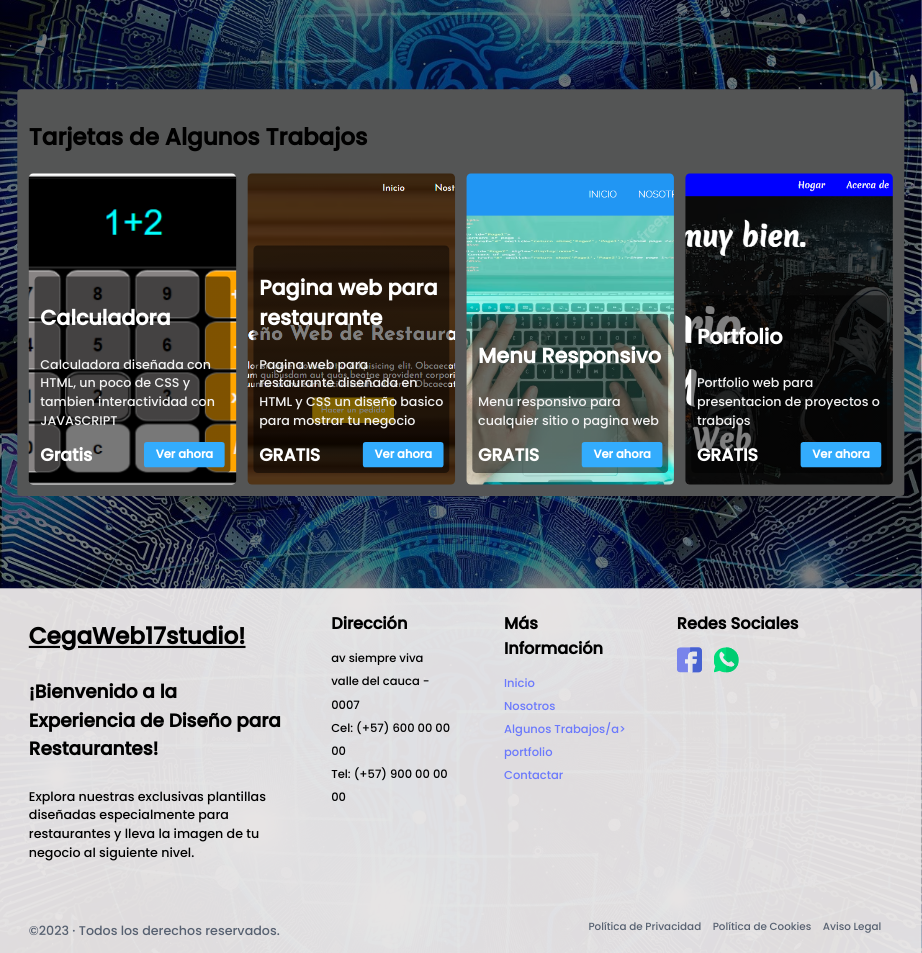
Repository: cega17/pagina-CegaWeb
Page: index.html
The author's editor kept a copy of each file at every save. The page is drawn from the files as they stood at one save, then again after the next save.
The browser window is 1280 px wide. The pictures show the part of the page from y = 1957 to 3729 px (the page is 3281 px tall before and 3729 px after), at 72% of full size.
A picture or video elsewhere on the page could not be fetched, so the positions and the page height are approximate. Some web fonts or font styles are not loaded; a fallback is used.

Above is the page before, as saved 2023-10-06 21:16:43.

### index.html
<!DOCTYPE html>
<html lang="en">
  <head>
    <meta charset="UTF-8" />
    <meta http-equiv="X-UA-Compatible" content="IE=edge" />
    <meta name="viewport" content="width=device-width, initial-scale=1.0" />
    <link rel="stylesheet" href="css/style.css" />
    <link rel="preconnect" href="https://fonts.googleapis.com" />
    <link rel="preconnect" href="https://fonts.gstatic.com" crossorigin />
    <link
      href="https://fonts.googleapis.com/css2?family=Montaga&family=Poppins:ital,wght@0,500;1,500&family=Roboto+Serif:opsz,wght@8..144,200&family=Roboto:ital,wght@1,300&display=swap"
      rel="stylesheet"
    />

    <title>Mi pagina web!</title>
  </head>
  <body>
    <div class="progress-bar">
      <div id="progress" class="progress"></div>
    </div>

    <header class="main-header">
        <div class="header-wrap">
          <div class="wrap-logo-header">
            <a href="form.html" class="logo-header" >
              <span>Desarrollo</span><span>Web</span>
            </a>
          </div>
          <div class="wrap-nav-header">
            <nav class="nav-header">
              <input type="checkbox" id="check" />
              <label for="check" class="checkbtn">
                <i class="toggle-menu">
                  <img
                    src="data:[embedded picture, 1242 characters]"
                  />
                </i>
              </label>
              <ul class="main-menu">
                <li class="menu-item"><a href="#inicio">Inicio</a></li>
                <li class="menu-item"><a href="#MiFooter">Nosotros</a></li>
                <li class="menu-item"><a href="indexPortf.html"  onclick="alert('Estas a punto de entrar a el portfolio de john')" target="_blank">potfolio</a></li>
                <li class="menu-item"><a href="#trabajos">Algunos trabajos</a></li>
                <li class="menu-item"><a href="/">Blog</a></li>
                <li class="menu-item">
                  <a id="nav-main-contact" href="form.html" target="_blank">Contacto</a>
                </li>
              </ul>
            </nav>
          </div>
        </div>
      </header>

    <main lass="main-section">

         <!-- Hero Section-->

      <section class="hero-home-page" id="inicio">
        <div class="wrap-hero-home-page">
          <h1 id="titulo">Bien venidos a mi pagina web!</h1>
          <p>
            Esta es mi pagina web, una pagina de construccion
            de paginas , desarrollo y mantenimiento de estas. <br />
            soy autodidacta y muy apacionado por la programacion de paginas web
            y dispositivos moviles.
          </p>

          <p>Tengo conocimiento en HTML, CSS y JavaScript</p>

          <button id="boton" class="cta-main" style="color: black;" onclick='document.getElementById("titulo").innerHTML = nombre +" " + apellido;'> javaScript</button>

          <a href="calculator.html" class="cta-main" style="color: black; " >Mas aqui</a>
        </div>
      </section>

       <!-- Aquí van a ir todas las secciones -->

      <!-- Poner todo el código a partir de aquí -->

      <!-- Galería de imágenes -->
   <section class="section">
    <div class="wrap-title-section">
      <h2 style="color:rgb(7, 186, 241)">Galería de imágenes</h2>
    </div>
    <div class="column-4 galeria-platos">
      <div class="imagen-galeria">
        <img src="imgs/fondo_escritorio.jpg" alt="">
      </div>
      <div class="imagen-galeria">
        <img src="imgs/imag1.jpg" alt="">
      </div>
      <div class="imagen-galeria">
        <img src="imgs/imagen_fondo.jpg" alt="">
      </div>
      <div class="imagen-galeria">
        <img src="imgs/img2.webp" alt="">
      </div>
      <div class="imagen-galeria">
        <img src="imgs/img3.jpg" alt="">
      </div>
      <div class="imagen-galeria">
        <img src="imgs/images2.jpeg" alt="">
      </div>
      <div class="imagen-galeria">
        <img src="imgs/img4.webp" alt="">
      </div>
      <div class="imagen-galeria">
        <img src="imgs/img5.webp" alt="">
      </div>
      <div class="imagen-galeria">
        <img src="imgs/img6.jpg" alt="">
      </div>
      <div class="imagen-galeria">
        <img src="imgs/img7.webp" alt="">
      </div>
      <div class="imagen-galeria">
        <img src="imgs/img8.jpg" alt="">
      </div>
      <div class="imagen-galeria">
        <img src="imgs/img8.webp" alt="">
      </div>

    </div>
  </section>

      <!-- Tarjetas de comida -->



      <section class="wrap section" id="trabajos">
        <div class="wrap-title-section">
          <h2>Tarjetas de Algunos Trabajos</h2>
        </div>
        <div class="column-4 columns">
          <div style="background:url(imgs/captura_calcul.png)center;background-size: cover;" class="tarjeta-rest">
            <div class="wrap-text_tarjeta-rest">
              <h3>Calculadora</h3>
              <p>Calculadora diseñada con HTML, un poco de CSS y tambien interactividad con JAVASCRIPT</p>
              <div class="cta-wrap_tarjeta-rest">
                <div class="precio_tarjeta-rest">
                  <span>Gratis</span>
                </div>
                <div class="cta_tarjeta-rest">
                  <a href="calculator.html">Ver ahora</a>
                </div>
              </div>
            </div>
          </div>
          <div style="background:url(imgs/captura_pagina_restaurante.png)center;background-size: cover;" class="tarjeta-rest">
            <div class="wrap-text_tarjeta-rest">
              <h3>Pagina web para restaurante</h3>
              <p>Pagina web para restaurante diseñada en HTML y CSS un diseño basico para mostrar tu negocio </p>
              <div class="cta-wrap_tarjeta-rest">
                <div class="precio_tarjeta-rest">
                  <span>GRATIS</span>
                </div>
                <div class="cta_tarjeta-rest">
                  <a href="pagina1.html">Ver ahora</a>
                </div>
              </div>
            </div>
          </div>
          <div style="background:url(imgs/captura_menu_responsive.png)center;background-size: cover;" class="tarjeta-rest">
            <div class="wrap-text_tarjeta-rest">
              <h3>Menu Responsivo</h3>
              <p>Menu responsivo para cualquier sitio o pagina web</p>
              <div class="cta-wrap_tarjeta-rest">
                <div class="precio_tarjeta-rest">
                  <span>GRATIS</span>
                </div>
                <div class="cta_tarjeta-rest">
                  <a href="menu.html">Ver ahora</a>
                </div>
              </div>
            </div>
          </div>
          <div style="background:url(imgs/captura-portfolio.png)center;background-size: cover;" class="tarjeta-rest">
            <div class="wrap-text_tarjeta-rest">
              <h3>Portfolio</h3>
              <p>Portfolio web para presentacion de proyectos o trabajos</p>
              <div class="cta-wrap_tarjeta-rest">
                <div class="precio_tarjeta-rest">
                  <span>GRATIS</span>
                </div>
                <div class="cta_tarjeta-rest">
                  <a href="indexPortf.html">Ver ahora</a>
                </div>
              </div>
            </div>
          </div>
        </div>
      </section>
    </main>


    <!-- FOOTER - SECTION -->

    <footer class="footer" id="MiFooter">
      <div class="wrap-footer">
        <div class="text-element-footer element-footer">
          <h2 class="main-c" style="text-decoration: underline;">CegaWeb17studio!</h2>
          <h4>¡Bienvenido a la Experiencia de Diseño para Restaurantes!</h4>
                <p>Explora nuestras exclusivas plantillas diseñadas especialmente para restaurantes y lleva la imagen de tu negocio al siguiente nivel.</p>

        </div>
        <div class="text-element-footer element-footer">
          <h5>Dirección</h5>
          <ul>
            <li>av siempre viva</li>
            <li>valle del cauca - 0007</li>
            <li>Cel: (+57) 600 00 00 00</li>
            <li>Tel: (+57) 900 00 00 00</li>
          </ul>
        </div>
        <div class="text-element-footer link-elements-footer element-footer">
          <h5>Más Información</h5>
          <ul>
            <li><a href="#inicio">Inicio</a></li>
            <li><a href="#MiFooter">Nosotros</a></li>
            <li><a href="#trabajos">Algunos Trabajos/a></li>
            <li><a href="indexPortf.html">portfolio</a></li>
            <li><a href="form.html">Contactar</a></li>
          </ul>
        </div>
        <div class="rrss-element-footer element-footer">
          <h5>Redes Sociales</h5>
          <ul>
            <li>
              <a
                href="https://facebook.com"
                target="_blank"
                rel="nofollow noopener noreferer"
                ><img
                  src="data:[embedded picture, 926 characters]"
                  alt="icono redes sociales"
              /></a>
            </li>

            <li>
              <a href="https://wa.me/600112233"
                ><img
                  src="data:[embedded picture, 2062 characters]"
                  alt="icono redes sociales"
              /></a>
            </li>
          </ul>
        </div>
      </div>
      <div class="footer-creds">
        <div class="copy-creds">
          <p>©2023 · Todos los derechos reservados.</p>
        </div>
        <div class="legal-creds">
          <ul>
            <li><a href="/politica-privacidad">Política de Privacidad</a></li>
            <li><a href="/politica-cookies">Política de Cookies</a></li>
            <li><a href="/aviso-legal">Aviso Legal</a></li>
          </ul>
        </div>
      </div>
    </footer>
    <script src="js/progress-bar.js">
        function cambiar(){


            document.getElementById("titulo").innerHTML = "Esto es una funcion de javaScript";

    }
    document.getElementById("boton").onclick = function (){
        cambiar();
    }



    </script>
  </body>
</html>

### css/style.css
@import url("https://fonts.googleapis.com/css2?family=Montaga&family=Poppins:ital,wght@0,500;1,500&family=Roboto+Serif:opsz,wght@8..144,200&family=Roboto:ital,wght@1,300&display=swap");
:root {
  --main-c: #79f6fa;
  --black-c: #000;
}
/** Estilos Generales **/

html {
  font-family: "poppins";
  scroll-behavior: smooth;
}
body {
  background: linear-gradient(to bottom, rgb(0 0 0 / 0.55), rgb(0 0 0 / 0.5)),
    url(../imgs/artificial-intelligence-3382507_1280.jpg);

  margin: 0;
  padding: 0;
}
.progress-bar{
  display: fixed;
  position: fixed;
  width: 100%;
  height: 10%;
}
.progress{
  width: 100%;
  height: 100%;
  background-color:red;

}
a {
  text-decoration: none;
  color: black;
}
a:hover {
  color: #a0fa29;
}
li {
  list-style: none;
  color: #000;
}
p {
  font-size: 1.1rem;
}
h1 {
  font-size: 2.4rem;
}
h2 {
  font-size: 2rem;
}
h3 {
  font-size: 1.8rem;
}
h4 {
  font-size: 1.6rem;
}
h5 {
  font-size: 1.4rem;
}
h6 {
  font-size: 1.2rem;
}



/* Enlaces & Botones*/

.cta-main {
  background-color: var(--main-c);
  padding: 1rem 1rem;
  color: #fff;
  font-size: bold;
  border-radius: 2px;
  border: none;

}
.cta-main:hover {
  background-color: rgb(86, 114, 241);
  padding: 1rem 1rem;
  color: #fff;
  font-size: bold;
  border-radius: 2px;
  border: none;
}
/* Menu Header Restaurante */

header.main-header {
  position: fixed;
  top: 0;
  width: 100%;
  z-index: 9999;
}

.header-wrap {
  display: flex;
  justify-content: space-between;
  padding: 1rem;
  background-color: #79f6fa;
  z-index: 999;

}

.wrap-logo-header {
  display: flex;
  align-items: center;
  flex-basis: 15%;
}

.logo-header {
  font-weight: bold;
  font-size: 1.2rem;
  color: #222;
}

.nav-header {
  display: flex;
  align-items: center;
  width: 100%;
}

.nav-wrap-header {
  display: flex;
  flex-basis: 50%;
}

ul.main-menu {
  display: flex;
  width: 100%;
  z-index: 99;
  margin: 0;
  padding: 0;
  justify-content: space-between;
  align-items: center;
  font-size: 1.1rem;
}

ul.main-menu #nav-main-contact {
  display: flex;
  align-items: center;
  padding: 0.5rem 1rem;
  background-color: #6b79fc;
  color: #fff;
}

li.menu-item {
  margin: 0.75rem;
  display: flex;
}

li.menu-item a {
  padding: 0.5rem 1rem;
  color: #222;
}

li.menu-item a:hover {
  color: #33acfd;
}

i.toggle-menu img {
  width: 27px;
  z-index: 99;
}
i.toggle-menu {
  display: none;
  background-color: #fff;
  border: none;
  z-index: 9999;
}

input#check {
  display: none;
}

@media (min-width: 880px) {
  .header-wrap {
    padding: 0.5rem 5rem;
  }
}

@media (max-width: 768px) {
  a.logo-header {
    color: #02c0fa;
  }
}
@media (max-width: 768px) {
  header.main-header {
    margin-bottom: 4rem;
  }
  .header-wrap {
    position: fixed;
    width: 100%;
    background-color: #fff;
    padding: 0;
    top: 0;
    z-index: 9999;
    height: 60px;
  }
  .wrap-logo-header {
    position: fixed;
    z-index: 999;
    top: 3%;
    left: 3%;
  }
  .logo-header,
  li.menu-item a {
    color: #222;
  }
  i.toggle-menu {
    display: flex;
    cursor: pointer;
  }
  ul.main-menu,
  #nav-main-contact {
    display: none;
    left: 0;
    margin: 0;
    padding: 0;
  }
  ul.main-menu {
    position: fixed;
    background-color: #fff;
  }
  label.checkbtn {
    position: fixed;
    right: 3%;
    top: 3%;
    z-index: 9999;
  }
  #check:checked ~ ul {
    display: flex;
    z-index: 9;
    flex-flow: column;
    align-items: center;
    justify-content: center;
    height: 100vh;
    top: 0;
    font-size: 2rem;
  }
}

/* Hero Section HomePage */

.wrap-header-hero {
  background: cover;
  background-repeat: no-repeat;
  background-position: center;
}
.hero-home-page {
  background: linear-gradient(to bottom, rgb(0 0 0 / 0.55), rgb(0 0 0 / 0.5)),
    url(../imgs/artificial-intelligence-3382507_1280.jpg);
  height: 90vh;
  display: flex;
  align-items: center;
  justify-content: center;
}
.wrap-hero-home-page {
  color: #f5e8e8;
  text-align: center;
  width: 50%;
}
.wrap-hero-home-page p {
  margin-bottom: 2rem;
}
@media (max-width: 768px) {
  .wrap-hero-home-page {
    width: 100%;
    padding: 1rem;
  }
}
/* Gerlía de Imágenes */

.imagen-galeria,
.imagen-galeria img {
  max-width: 275px;
  border-radius: 4px;
}

@media (max-width: 880px) {
  .galeria-platos {
    display: flex;
    flex-flow: wrap;
    justify-content: center;
  }
}

/* Tarjetas de Comida */
.section {
  background: rgb(84, 85, 85);
  max-width: 1200px;
  margin: 8rem auto;
  padding: 1rem;
  border-radius: 5px;
}

.column-4 {
  display: grid;
  grid-template-columns: repeat(4, 1fr);
  column-gap: 1rem;
  row-gap: 1rem;
}

.tarjeta-rest {
  background-repeat: no-repeat;
  height: 400px;
  border-radius: 6px;
  padding: 1rem 0.5rem;
  display: flex;
  align-items: end;
}
.wrap-text_tarjeta-rest {
  color: #fff;
  padding: 0.5rem;
  border-radius: 6px;
  background: linear-gradient(to top, rgb(0 0 0 / 0.5), rgb(0 0 0 / 0.5));
}

.wrap-text_tarjeta-rest p {
  color: #f2f2f2;
}
.cta-wrap_tarjeta-rest {
  display: flex;
  justify-content: space-between;
}

.precio_tarjeta-rest span {
  font-size: 1.5rem;
  font-weight: bold;
}

.cta_tarjeta-rest {
  background-color: #33acfd;
  padding: 0.25rem 1rem;
  border-radius: 4px;
}
.cta_tarjeta-rest a {
  color: #fff;
  font-weight: bold;
  text-decoration: none;
}

@media (max-width: 1200px) {
  .column-4 {
    grid-template-columns: repeat(3, 1fr);
  }
}

@media (max-width: 880px) {
  .column-4 {
    grid-template-columns: repeat(2, 1fr);
  }
}

@media (max-width: 640px) {
  .column-4 {
    grid-template-columns: repeat(1, 1fr);
  }
}

/************************

Footer

************************/

footer {
  background-color: #eeebebef;
  color: var(--second-c);
}
footer ul {
  padding: 0;
}
footer li {
  list-style: none;
}
.wrap-footer {
  display: grid;
  grid-template-columns: 30% 15% 15% 20%;
  column-gap: 5%;
  padding: 1rem;
  margin: 2rem auto;
  max-width: 1200px;
}
.logo-element_footer {
  display: flex;
  margin: 2rem 0;
}
.logo-element_footer img {
  max-height: 75px;
}
.element-footer h5 {
  margin: 1rem 0;
}
.text-element-footer li {
  line-height: 2;
}
.link-elements-footer li a {
  color: #6b79fc;
}
.link-elements-footer li a:hover {
  color: #a0fa29;
}
.rrss-element-footer ul {
  display: flex;
  flex-flow: wrap;
}
.rrss-element-footer img {
  width: 35px;
}
.rrss-element-footer li {
  margin-right: 1rem;
}
.footer-creds {
  display: flex;
  justify-content: space-between;
  padding: 0 1rem;
  color: #576171;
  font-size: 0.9rem;
  max-width: 1200px;
  margin: 0 auto;
}
.legal-creds ul {
  display: flex;
  flex-flow: row;
}
.legal-creds ul li {
  padding-right: 1rem;
}
.legal-creds ul a {
  color: #576171;
  font-size: 0.9rem;
}
@media (max-width: 768px) {
  .wrap-footer {
    grid-template-columns: repeat(2, 1fr);
  }
}

@media (max-width: 480px) {
  .wrap-footer {
    grid-template-columns: repeat(1, 1fr);
  }
}

@media (max-width: 320px) {
  .footer-creds {
    flex-flow: column;
  }
}

Loaded but not shown: js/progress-bar.js (no stored copy; drawn as an empty file)

After the next save:
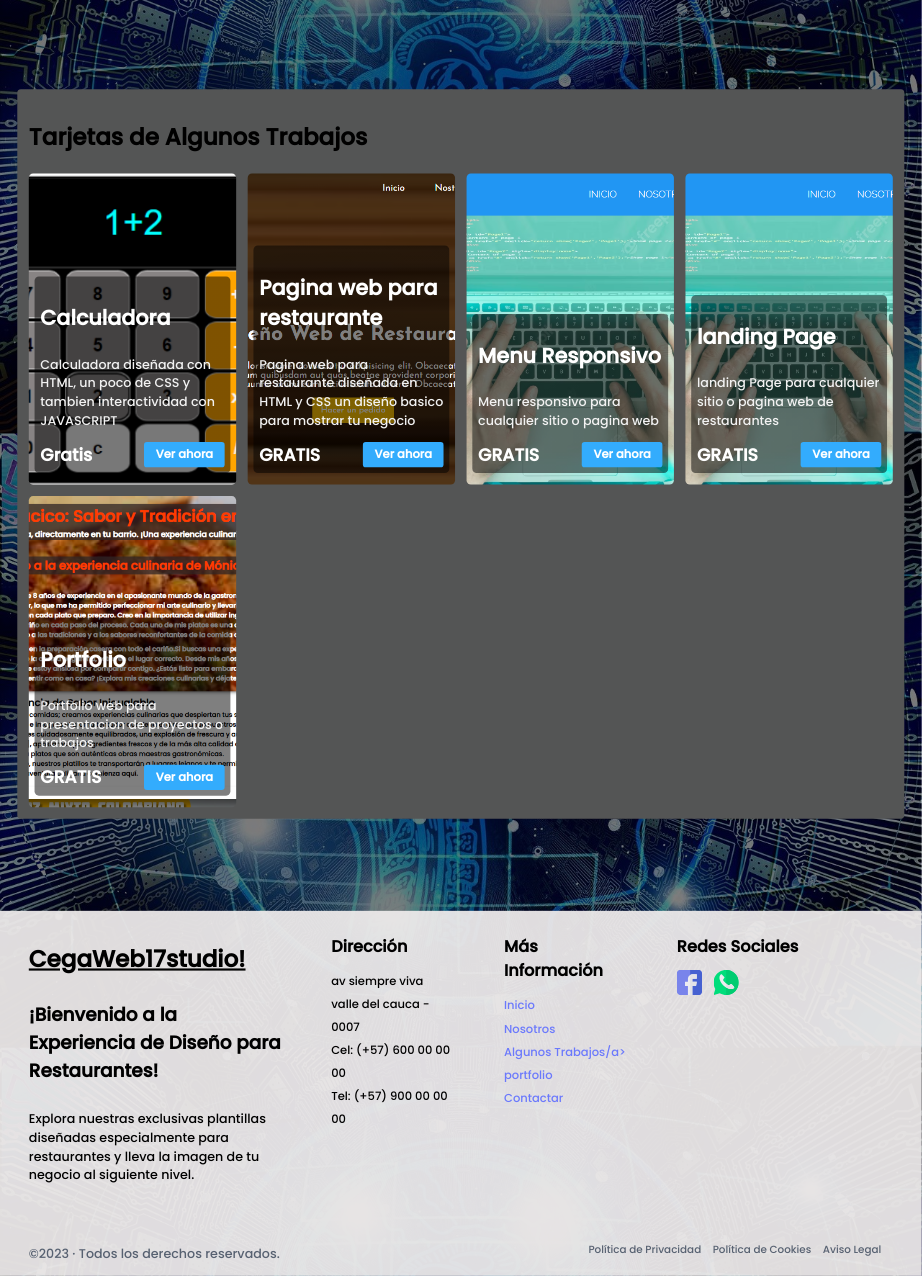
Saved 4 min 20 s later.
--- a/index.html
+++ b/index.html
@@ -174,7 +174,21 @@
               </div>
             </div>
           </div>
-          <div style="background:url(imgs/captura-portfolio.png)center;background-size: cover;" class="tarjeta-rest">
+          <div style="background:url(imgs/captura_menu_responsive.png)center;background-size: cover;" class="tarjeta-rest">
+            <div class="wrap-text_tarjeta-rest">
+              <h3>landing Page</h3>
+              <p>landing Page para cualquier sitio o pagina web de restaurantes</p>
+              <div class="cta-wrap_tarjeta-rest">
+                <div class="precio_tarjeta-rest">
+                  <span>GRATIS</span>
+                </div>
+                <div class="cta_tarjeta-rest">
+                  <a href="menu.html">Ver ahora</a>
+                </div>
+              </div>
+            </div>
+          </div>
+          <div style="background:url(imgs/captura-trifasico.png)center;background-size: cover;" class="tarjeta-rest">
             <div class="wrap-text_tarjeta-rest">
               <h3>Portfolio</h3>
               <p>Portfolio web para presentacion de proyectos o trabajos</p>
